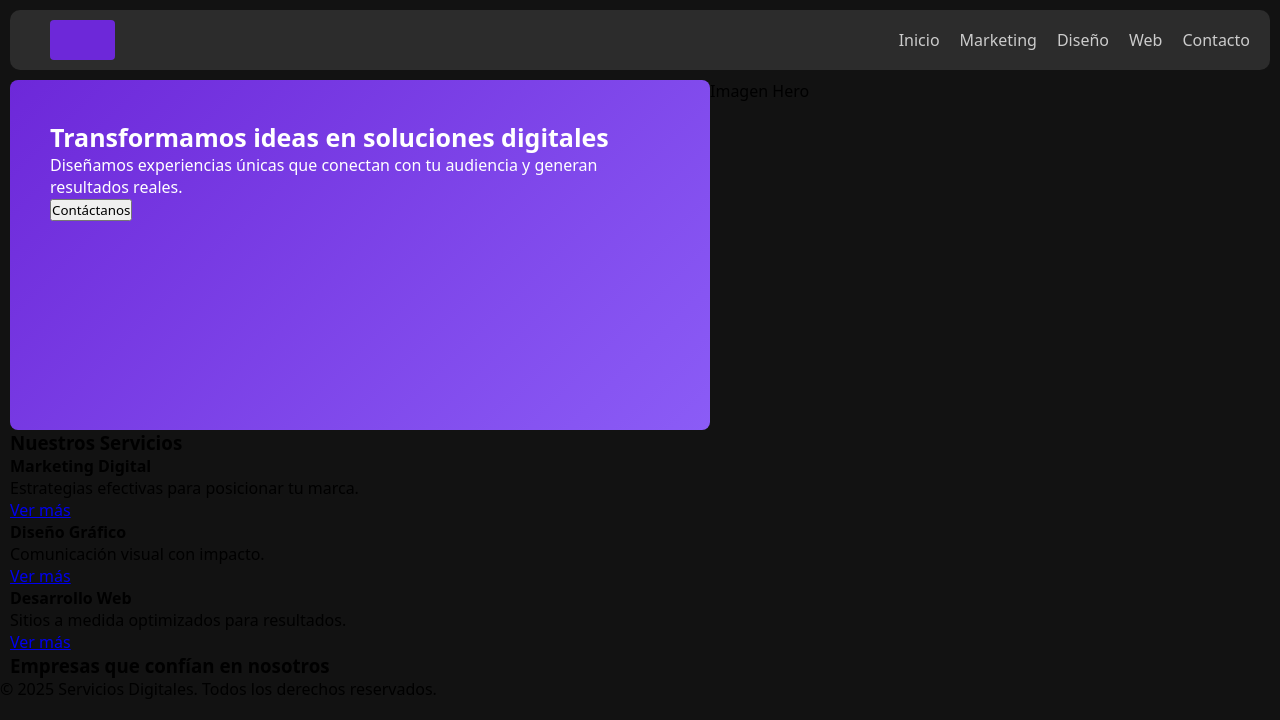
Repository: santinogarrone/TrabajoAgustin
Page: html/index.html
These files come from the project's save history. The page is drawn as it stood at one moment and after a run of saves; the edit follows.
The browser window is 1280 px wide. The pictures show the whole page.

Above is the page before, as saved 2025-05-02 12:06:29.

After the next 2 saves:
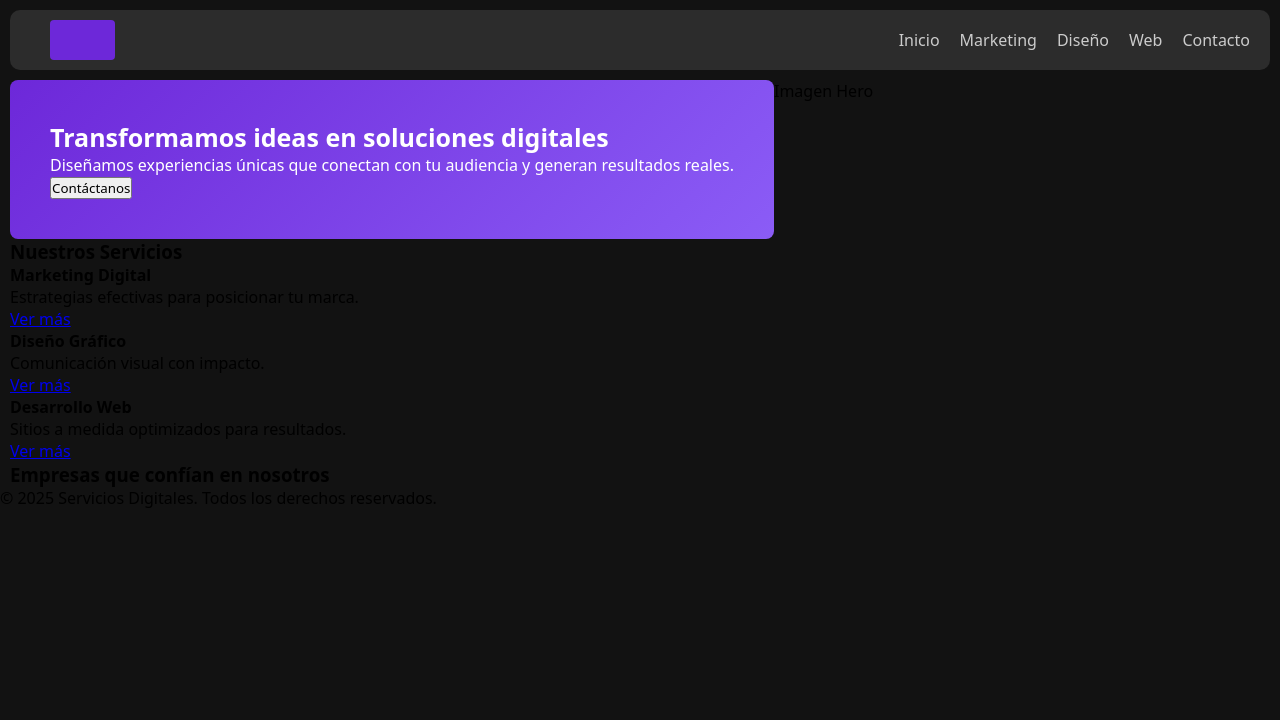
The 2 saves are shown as one change because they came seconds apart.
The last was saved 75 s later.
--- a/css/style.css
+++ b/css/style.css
@@ -68,8 +68,6 @@ header{
   }
   .main-contact .contacto{
     background: var(--primary-color-gradient);
-    width: 700px;
-    height: 350px;
     border-radius: 8px;
     color: var(--texto-color);
     padding: 40px;
